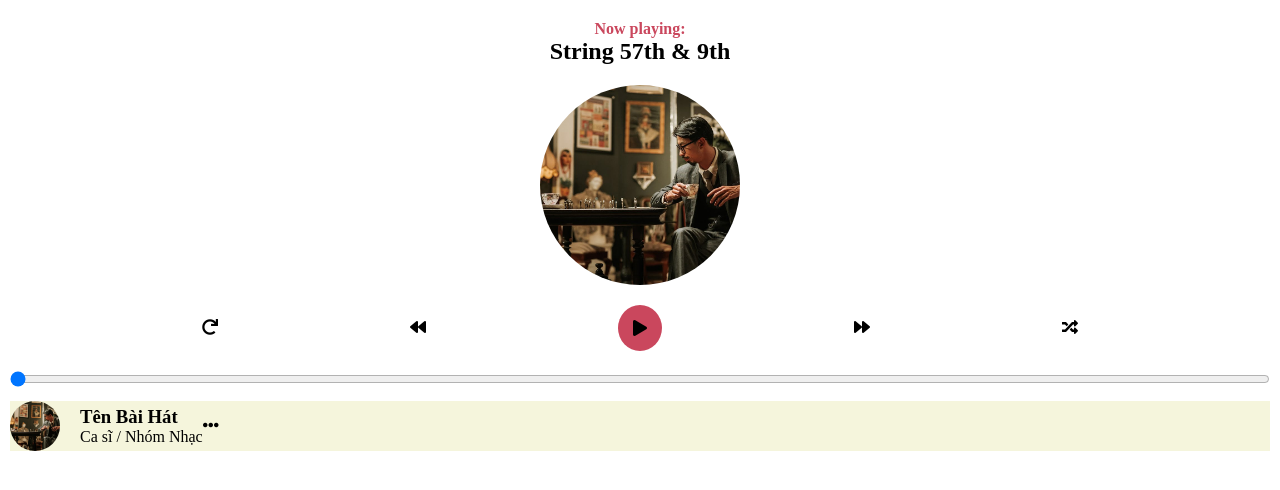
Repository: dovanthao2404/AppMusicPlayer
Page: index.html
An editor plug-in stored every save of this project. The page is shown before and after the next save, followed by the edit.
The browser window is 1280 px wide. The pictures show the whole page.

Above is the page before, as saved 2021-06-28 02:30:34.

### index.html
<!DOCTYPE html>
<html lang="en">

<head>
  <meta charset="UTF-8">
  <meta http-equiv="X-UA-Compatible" content="IE=edge">
  <meta name="viewport" content="width=device-width, initial-scale=1.0">
  <title>Music</title>
  <!-- FONTAWESOME -->
  <link rel="stylesheet" href="https://cdnjs.cloudflare.com/ajax/libs/font-awesome/5.15.3/css/all.min.css"
    integrity="sha512-iBBXm8fW90+nuLcSKlbmrPcLa0OT92xO1BIsZ+ywDWZCvqsWgccV3gFoRBv0z+8dLJgyAHIhR35VZc2oM/gI1w=="
    crossorigin="anonymous" referrerpolicy="no-referrer" />
  <!-- MAIN CSS -->
  <link rel="stylesheet" href="./css/app.css">
</head>

<body>
  <div class="player">
    <div class="dashboards">
      <!-- HEADER -->
      <header>
        <h4>Now playing:</h4>
        <h2>String 57th & 9th</h2>
      </header>

      <!-- CD -->
      <div id="cd" class="cd">
        <div class="thumb">
          <img src="./img/loinho.jpg" alt="">
        </div>
      </div>

      <!-- CONTROL -->
      <div class="controls" class="controls">
        <div class="btn btn-repeat">
          <i class="fa fa-redo"></i>
        </div>
        <div class="btn btn-prev">
          <i class="fa fa-backward"></i>
        </div>
        <div class="btn btn-toggle-play">
          <i class="fa fa-play"></i>
          <i class="fa fa-pause"></i>
        </div>
        <div class="btn btn-next">
          <i class="fa fa-forward"></i>
        </div>
        <div class="btn btn-random">
          <i class="fa fa-random"></i>
        </div>
      </div>

      <!-- PROGRESS -->
      <input id="progress" class="progress" value="0" step="1" min="0" max="100" type="range">

      <!-- AUDIO -->
      <audio id="audio" src=""></audio>

      <!-- PLAY LIST -->
      <div class="playlist">
        <div class="song">
          <div class="thumb">
            <img src="./img/loinho.jpg" alt="">
          </div>
          <div class="body">
            <h3 class="title">Tên Bài Hát</h3>
            <p class="author">Ca sĩ / Nhóm Nhạc</p>
          </div>
          <div class="option">
            <i class="fa fa-ellipsis-h"></i>
          </div>
        </div>
      </div>
    </div>
  </div>
  <script src="./js/app.js"></script>
</body>

</html>

### css/app.css
/* GLOBAL */
* {
  padding: 0;
  margin: 0;
  box-sizing: border-box;
}
/* PLAYER */
.dashboards {
  margin: 0 10px;
}
header {
  text-align: center;
  margin: 20px 0;
}
header h4 {
  color: rgb(202, 71, 93);
}
.cd {
  position: relative;
}
.cd .thumb {
  width: 200px;
  height: 200px;
  position: absolute;
  top: 50%;
  left: 50%;
  transform: translate(-50%);
}
.cd .thumb img {
  border-radius: 50%;
  width: 100%;
  height: 100%;
  object-fit: cover;
}
.controls {
  display: flex;
  justify-content: space-evenly;
  align-items: center;
  margin-top: 240px;
  margin-bottom: 20px;
}
.btn-toggle-play .fa {
  padding: 15px;
  border-radius: 50%;
  background-color: rgb(202, 71, 93);
}
.controls .fa-pause {
  display: none;
}
.progress {
  width: 100%;
}
.song {
  margin: 10px 0;
  background-color: beige;
  display: flex;
  align-items: center;
}
.song .thumb {
  width: 50px;
  height: 50px;
}
.song .thumb img {
  width: 100%;
  height: 100%;
  border-radius: 50%;
  object-fit: cover;
}
.song .body {
  margin-left: 20px;
}
.song .option {
}

Loaded but not shown: js/app.js (no stored copy; drawn as an empty file)

After the next save:
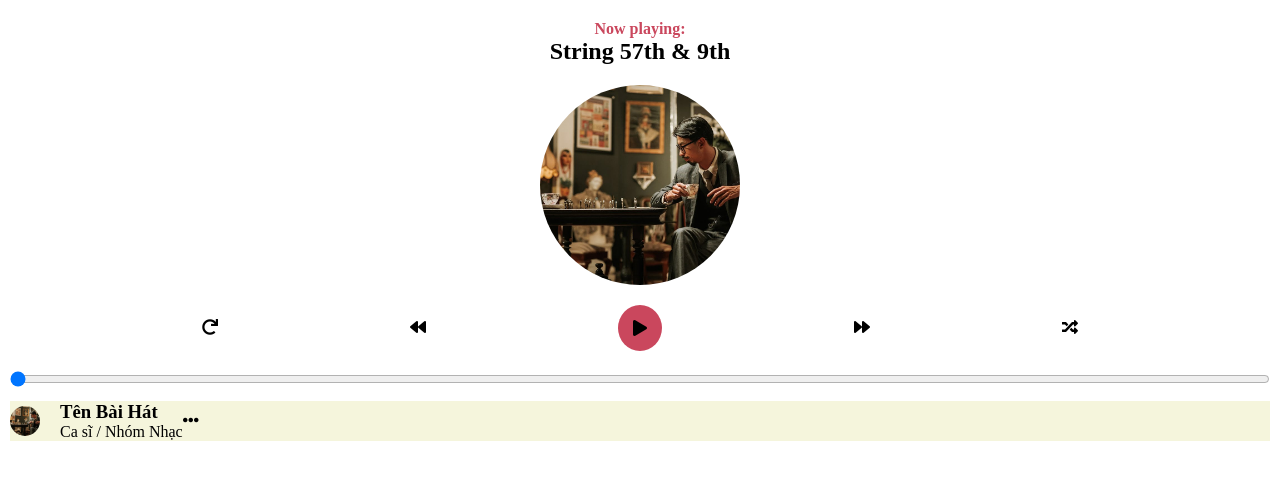
Saved 14 s later.
--- a/css/app.css
+++ b/css/app.css
@@ -57,8 +57,8 @@ header h4 {
   align-items: center;
 }
 .song .thumb {
-  width: 50px;
-  height: 50px;
+  width: 30px;
+  height: 30px;
 }
 .song .thumb img {
   width: 100%;
@@ -70,4 +70,5 @@ header h4 {
   margin-left: 20px;
 }
 .song .option {
+  flex
 }
